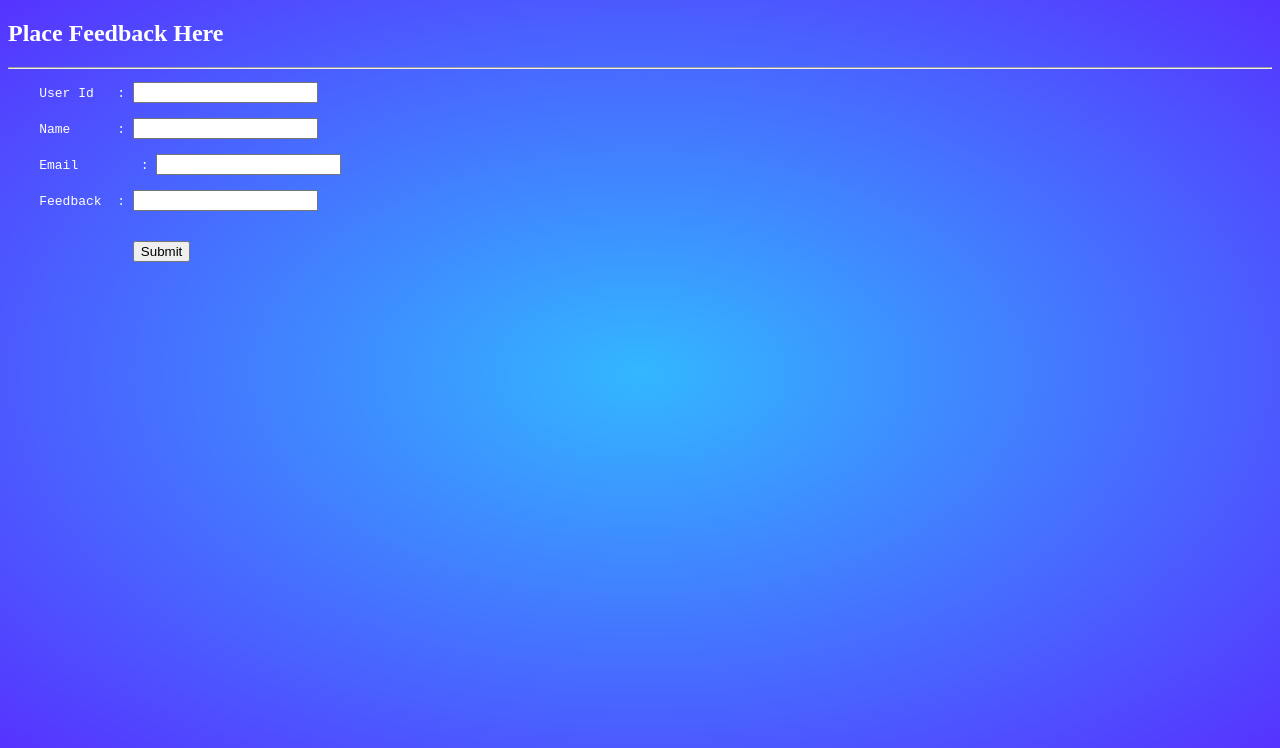
Repository: ShreyasG27/Amdocs-Training
Page: http://localhost/e-learning-frontend/feedback.jsp
An editor plug-in stored every save of this project. The page is shown before and after the next save, followed by the edit.
The browser window is 1280 px wide. The pictures show the whole page.
The page is served by Tomcat 9.

Above is the page before, as saved 2021-08-22 14:41:03.

After the next save:
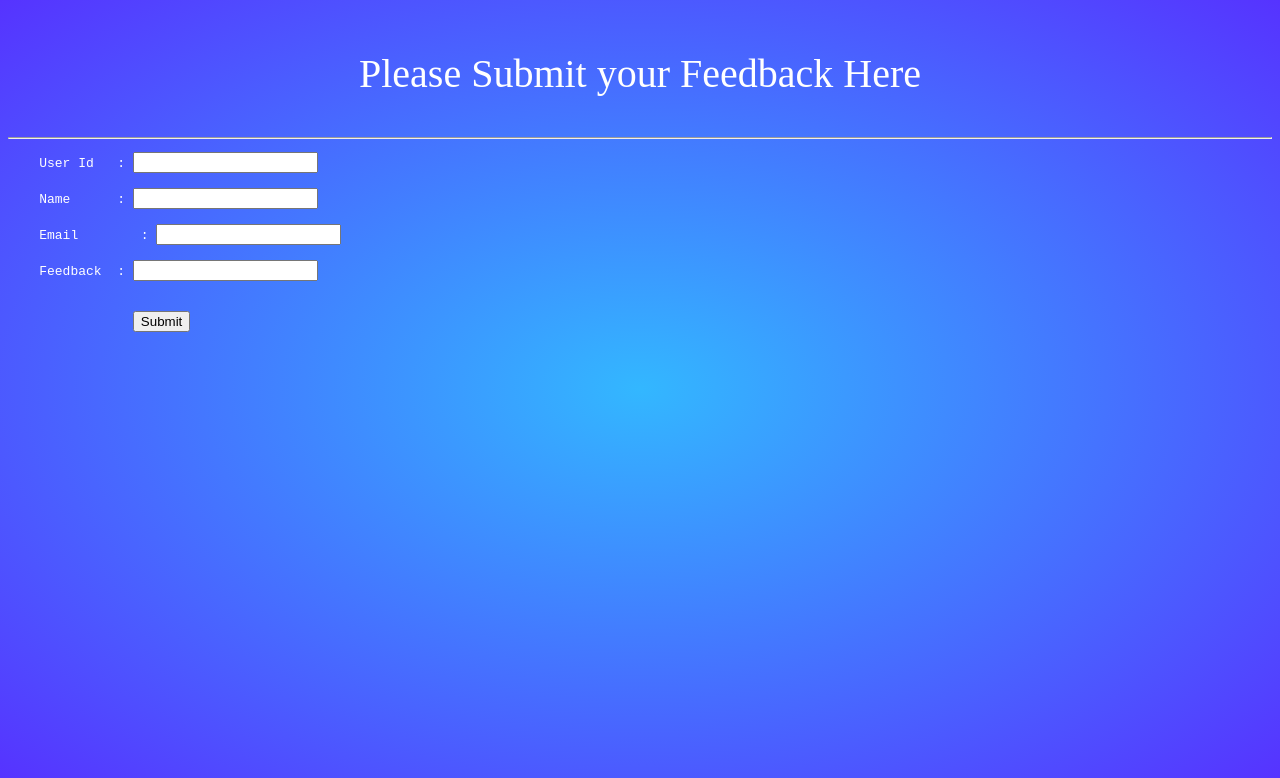
Saved 50 s later.
--- a/e-learning-frontend/src/main/webapp/feedback.jsp
+++ b/e-learning-frontend/src/main/webapp/feedback.jsp
@@ -61,7 +61,7 @@ margin-top: 50px;
 </style>
 </head>
 <body>
-<h2>Place Feedback Here</h2>
+<center><p class="heading">Please Submit your Feedback Here</p></center>
 <hr>
 <form action="feedback" method="POST">
     <pre>
